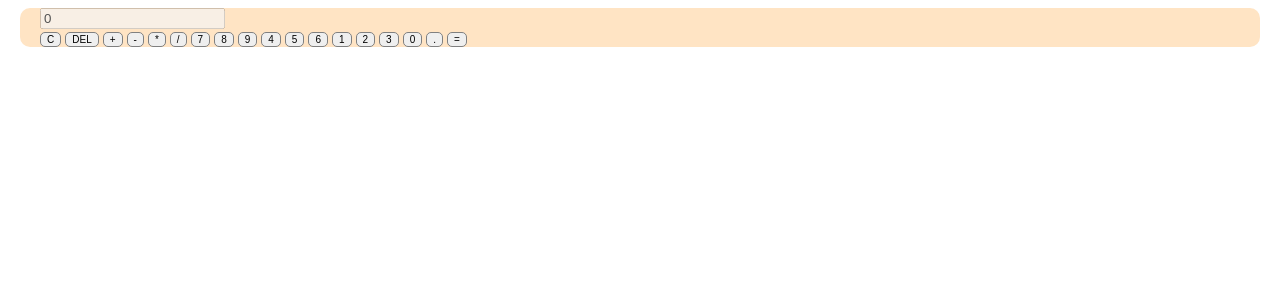
Repository: jaskeat/Calculator
Page: index.html
These files come from the project's save history. The page is drawn as it stood at one moment and after the next save; the edit follows.
The browser window is 1280 px wide. The pictures show the whole page.

Above is the page before, as saved 2024-09-05 09:06:11.

After the next save:
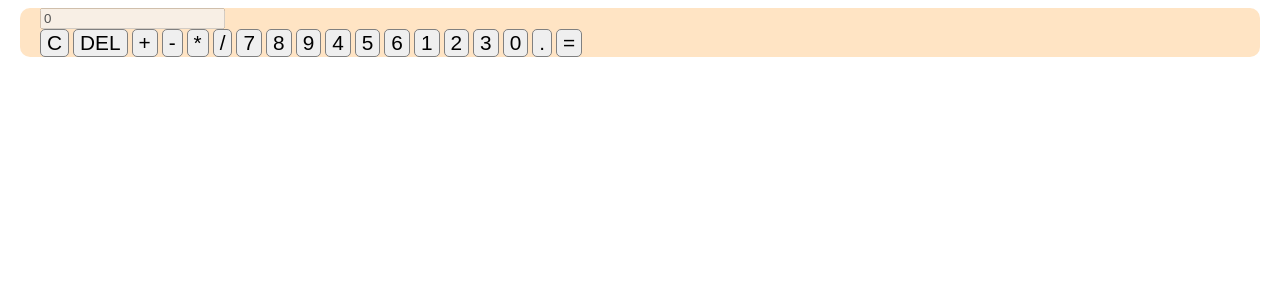
Saved 6 s later.
--- a/style.css
+++ b/style.css
@@ -16,5 +16,5 @@ body {
 .btn {
 	border-radius: 5px;
 	border: 1px grey solid;
-	font-size: 10px;
+	font-size: 1.3rem;
 }
